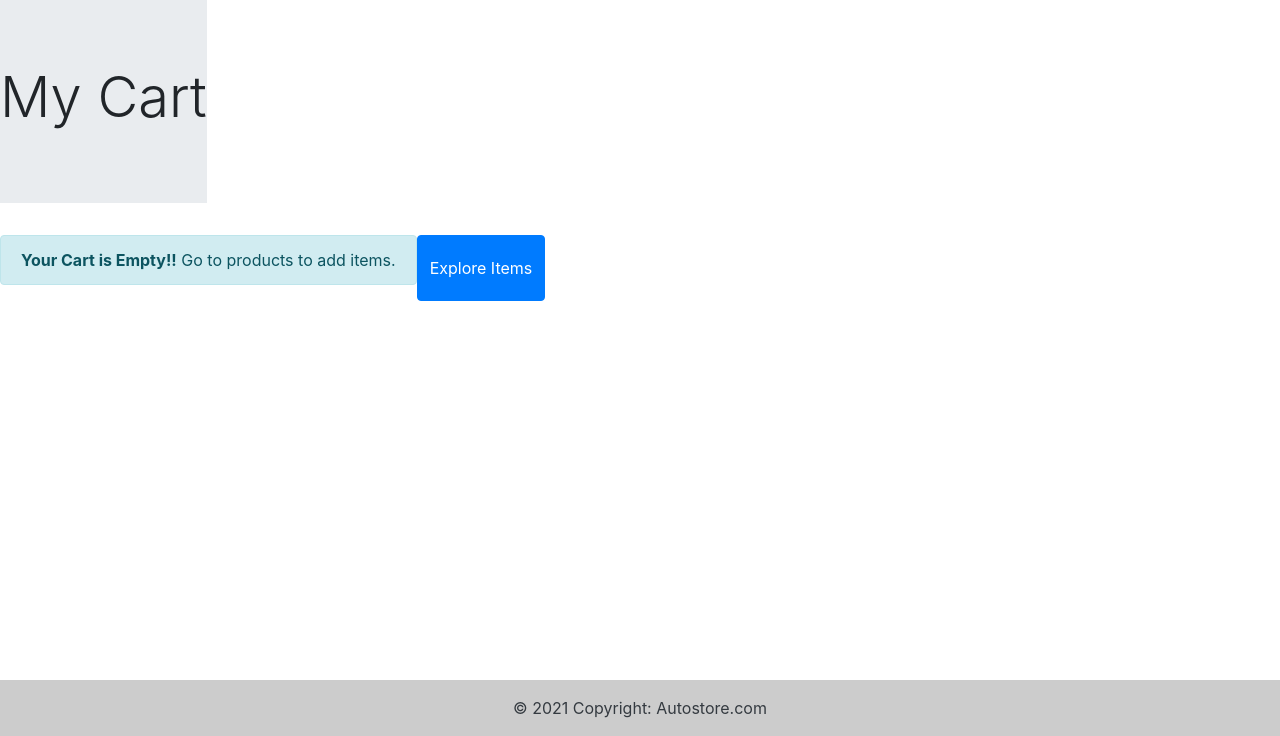
Repository: pravinsakthivel/ecommerce
Page: /cartIems
An editor plug-in stored every save of this project. The page is shown before and after the next save, followed by the edit.
The browser window is 1280 px wide. The pictures show the whole page.
The project was rebuilt for these pictures with package versions that can differ from the ones it lists, and the page was loaded fresh each time. Also part of the build but not shown: src/components/ProductItem.vue, src/components/UI/ShoppingCartIcon.vue, src/components/UI/NavigationBar.vue, src/components/UI/SearchBar.vue, src/components/ProductDescriptionModal.vue, src/components/ProductList.vue, src/components/PayPalComponent.vue, src/components/PaymentDetails.vue and 4 more.

Above is the page before, as saved 2021-04-10 21:16:03.

After the next save:
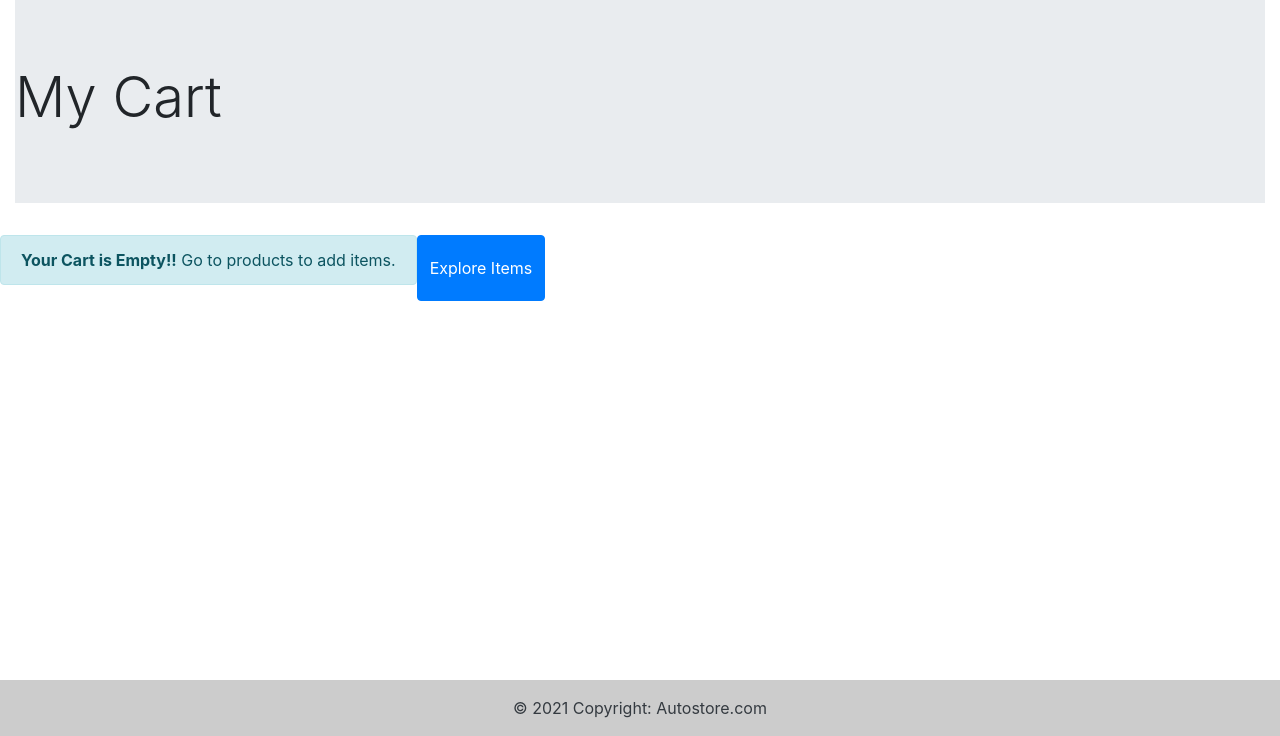
Saved 24 s later.
--- a/src/components/CartList.vue
+++ b/src/components/CartList.vue
@@ -1,8 +1,7 @@
 <template>
   <div class="container-fluid">
-    <div class="row">
-      <the-jumbotron>My Cart</the-jumbotron>
-    </div>
+         <the-jumbotron>My Cart</the-jumbotron>
+
     <div class="row">
       <div class="card mb-2" v-for="item in cartItems" :key="item.productId">
         <img :src="item.productImage" class="card-img-top" alt="productImage" />
